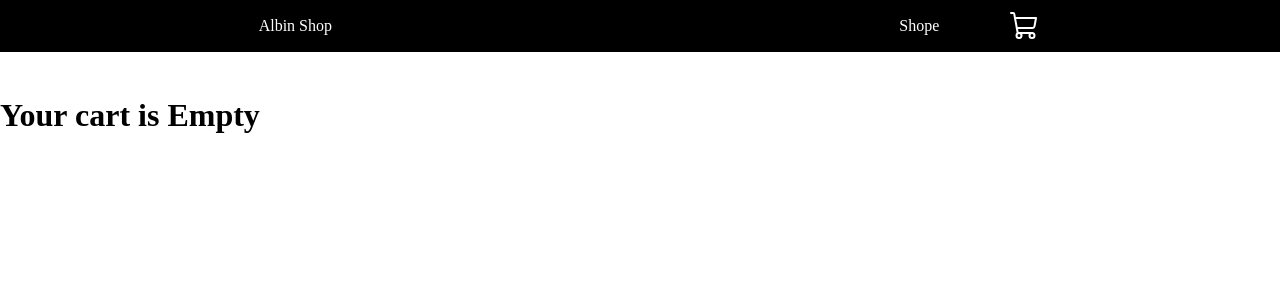
Repository: albinsabu2023/e-commerce-frontend
Page: /cart
The author's editor kept a copy of each file at every save. The page is drawn from the files as they stood at one save, then again after the next save.
The browser window is 1280 px wide. The pictures show the whole page.
The project was rebuilt for these pictures with package versions that can differ from the ones it lists, and the page was loaded fresh each time. Also part of the build but not shown: src/components/pages/Cart/CartItem.css, src/components/pages/Cart/CartCard.jsx, src/Product.css, src/components/Product.jsx, src/components/pages/Shop/Shop.css, src/components/pages/Shop/Shop.jsx.

Above is the page before, as saved 2024-02-11 01:29:26.

### public/index.html
<!DOCTYPE html>
<html lang="en">
  <head>
    <meta charset="utf-8" />
    <link rel="icon" href="%PUBLIC_URL%/favicon.ico" />
    <meta name="viewport" content="width=device-width, initial-scale=1" />
    <meta name="theme-color" content="#000000" />
    <meta
      name="description"
      content="Web site created using create-react-app"
    />
    <link rel="apple-touch-icon" href="%PUBLIC_URL%/logo192.png" />
    <!--
      manifest.json provides metadata used when your web app is installed on a
      user's mobile device or desktop. See https://developers.google.com/web/fundamentals/web-app-manifest/
    -->
    <link rel="manifest" href="%PUBLIC_URL%/manifest.json" />
    <!--
      Notice the use of %PUBLIC_URL% in the tags above.
      It will be replaced with the URL of the `public` folder during the build.
      Only files inside the `public` folder can be referenced from the HTML.

      Unlike "/favicon.ico" or "favicon.ico", "%PUBLIC_URL%/favicon.ico" will
      work correctly both with client-side routing and a non-root public URL.
      Learn how to configure a non-root public URL by running `npm run build`.
    -->
    <link rel="stylesheet" href="./index.css">
    <title>React App</title>
  </head>
  <body>
    <noscript>You need to enable JavaScript to run this app.</noscript>
    <div id="root"></div>
    <!--
      This HTML file is a template.
      If you open it directly in the browser, you will see an empty page.

      You can add webfonts, meta tags, or analytics to this file.
      The build step will place the bundled scripts into the <body> tag.

      To begin the development, run `npm start` or `yarn start`.
      To create a production bundle, use `npm run build` or `yarn build`.
    -->
  </body>
</html>

### src/App.js
import { BrowserRouter as Router, Routes, Route } from "react-router-dom";
import Navbar from "./components/Navbar";
import Cart from "./components/pages/Cart/Cart.jsx";
import Shop from "./components/pages/Shop/Shop.jsx";
import ShopContextProvider from "./context/ShopContext.jsx";
function App() {
  return (
    <div className="App">
      <ShopContextProvider>
        <Router>
          <Navbar className="navBar" />
          <Routes>
            <Route path="/" element={<Shop />} />
            <Route path="/cart" element={<Cart />} />
          </Routes>
        </Router>
      </ShopContextProvider>
    </div>
  );
}

export default App;

### src/components/Navbar.js
import React from "react";
import { Link } from "react-router-dom";
import { ShoppingCart } from "phosphor-react";
import "./NavBar.css";
function Navbar() {
  return (
    <div className="NavBar">
      <div lassName="shopName">
        <Link to="/">Albin Shop</Link>
      </div>

      <div className="navBarEnd">
        <Link to="/">Shope</Link>
        <Link to="/cart">
          <ShoppingCart size={32} />
        </Link>
      </div>
    </div>
  );
}

export default Navbar;

### src/components/pages/Cart/Cart.jsx
import React, { useContext } from "react";
import { PRODUCTS } from "../../../Products";
import { ShopContext } from "../../../context/ShopContext";
import CartCard from "./CartCard";
import "./Cart.css";
import { useNavigate } from "react-router-dom";
function Cart() {
  const { cartItems, getTotalCartAmount } = useContext(ShopContext);
  const tot = getTotalCartAmount();
  const navigate = useNavigate();
  return (
    <div className="cart">
      <div className="cartTitle">
        <h1>Your Cart Items</h1>
      </div>
      <div className="cartItems">
        {PRODUCTS.map((product) => {
          if (cartItems[product.id] !== 0) {
            return <CartCard data={product} />;
          }
        })}
      </div>
      {tot > 0 ? (
        <div className="checkout">
          <p>Total :${tot}</p>
          <button onClick={() => navigate("/")}>Countinue Shopping</button>
          <button>Check out</button>
        </div>
      ) : (
        <h1>Your cart is Empty</h1>
      )}
    </div>
  );
}

export default Cart;

### src/context/ShopContext.jsx
import React, { createContext, useState } from "react";

import { PRODUCTS } from "../Products";
export const ShopContext = createContext(null);
const getDefaultCart = () => {
  let cart = {};
  for (let i = 1; i < PRODUCTS.length + 1; i++) {
    cart[i] = 0;
  }

  return cart;
};

function ShopContextProvider(props) {
  const [cartItems, setCartItems] = useState(getDefaultCart());
  const addToCart = (itemId) => {
    setCartItems((prev) => ({
      ...prev,
      [itemId]: prev[itemId] + 1,
    }));
  };
  const removeFromCart = (itemId) => {
    setCartItems((prev) => ({ ...prev, [itemId]: prev[itemId] - 1 }));
  };
  const updateCartItemCount = (newAmount, itemId) => {
    setCartItems((prev) => ({ ...prev, [itemId]: newAmount }));
  };
  const getTotalCartAmount = () => {
    let tot = 0;
    for (const item in cartItems) {
      if (cartItems[item] > 0) {
        let ItemInfo = PRODUCTS.find((product) => product.id === Number(item));
        tot += cartItems[item] * ItemInfo.price;
      }
    }
    return tot;
  };
  const contextValue = {
    cartItems,
    addToCart,
    removeFromCart,
    updateCartItemCount,
    getTotalCartAmount,
  };

  return (
    <ShopContext.Provider value={contextValue}>
      {props.children}
    </ShopContext.Provider>
  );
}

export default ShopContextProvider;

### src/components/NavBar.css
.NavBar{
    background-color: black;
    padding: 10px;
    display: flex;
    align-items: center;
    justify-content: space-around;
    z-index: 1;
    position: fixed;
    top: 0;
    width: 100%;
}

.shopName{
    justify-self: flex-start;
}
.NavBar  a{
    display: flex;
    align-items: center;
    text-decoration: none;
    color: white;


}
.navBarEnd {
    display: flex;
}

.navBarEnd a{
    margin-left: 70px;
}

### src/Products.js
import p1 from "./assets/1.png";
import p2 from "./assets/2.png";
import p3 from "./assets/3.png";
import p4 from "./assets/4.png";
import p5 from "./assets/5.png";
import p6 from "./assets/6.webp";
import p7 from "./assets/7.webp";
import p8 from "./assets/8.webp";

export const PRODUCTS = [
  {
    id: 1,
    productName: "Iphone",
    price: 999,
    productImage: p1,
  },
  {
    id: 2,
    productName: "MacBook",
    price: 99901,
    productImage: p2,
  },
  {
    id: 3,
    productName: "Canon M50",
    price: 8999,
    productImage: p3,
  },
  {
    id: 4,
    productName: "ELS Jacket",
    price: 228,
    productImage: p4,
  },
  {
    id: 5,
    productName: "Led Llight string",
    price: 19.9,
    productImage: p5,
  },
  {
    id: 6,
    productName: "Spectrum ls Tee",
    price: 68.9,
    productImage: p6,
  },
  {
    id: 7,
    productName: "Shirt Golf Wang",
    price: 190,
    productImage: p7,
  },
  {
    id: 8,
    productName: "Dont'trip unstructured",
    price: 40.0,
    productImage: p8,
  },
];

### src/components/pages/Cart/Cart.css
.cart {
    display: flex;
    flex-direction: column;
    overflow-y:scroll;

}
.cartTitle{
    font-weight: bold;
     text-align: center;
      text-transform: uppercase;
}



.cartItems {
    display: grid;
    grid-template-columns: repeat(auto-fit, minmax(300px, 1fr));
    grid-gap: 40px;
    margin: 30px;

}
.checkout{
    background-color: black;
    display: flex;
    color: white;
    padding:20px;
    align-items: center;
   justify-content: space-evenly;
    position: fixed;
    bottom: 0;
    width: 100%;
    z-index: 1;

}
.checkout p{
    background-color: white;
    color: black;
    font-weight: bold;
    padding: 10px 15px;
    border-radius: 20px;
    overflow-x: auto;

}
.checkout button{


    margin:2px 30px;
    border:none;
    padding: 10px 15px;
    border-radius: 15px;
    font-weight: bold;
    background-color: rgb(4, 114, 79);
    color: white;
    cursor: pointer;
}
.checkout button:hover {
   background-color: rgb(1, 146, 100);

}

Loaded but not shown: src/index.js (common file); public/index.css (common file)

After the next save:
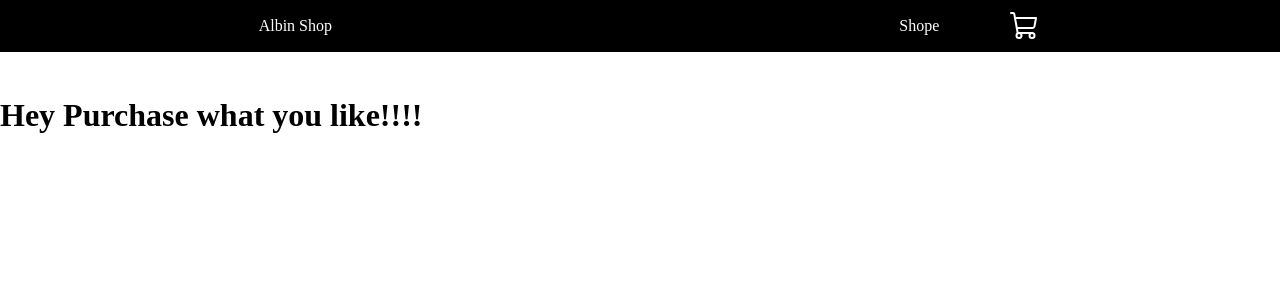
Saved 96 s later.
--- a/src/components/pages/Cart/Cart.jsx
+++ b/src/components/pages/Cart/Cart.jsx
@@ -27,7 +27,7 @@
           <button>Check out</button>
         </div>
       ) : (
-        <h1>Your cart is Empty</h1>
+        <h1>Hey Purchase what you like!!!!</h1>
       )}
     </div>
   );
